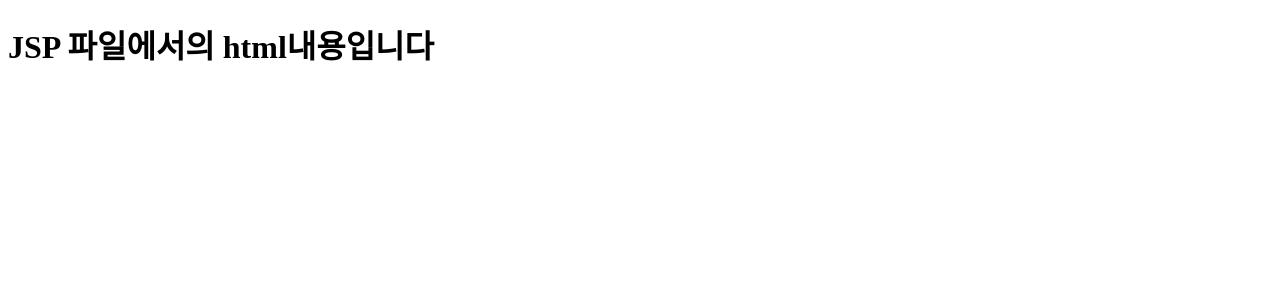
Repository: hj-Seong/Green-Tomcat
Page: http://localhost/Welcome/testpage.jsp
The author's editor kept a copy of each file at every save. The page is drawn from the files as they stood at one save, then again after the next save.
The browser window is 1280 px wide. The pictures show the whole page.
The page is served by Tomcat 9.

Above is the page before, as saved 2022-11-18 08:19:52.

After the next save:
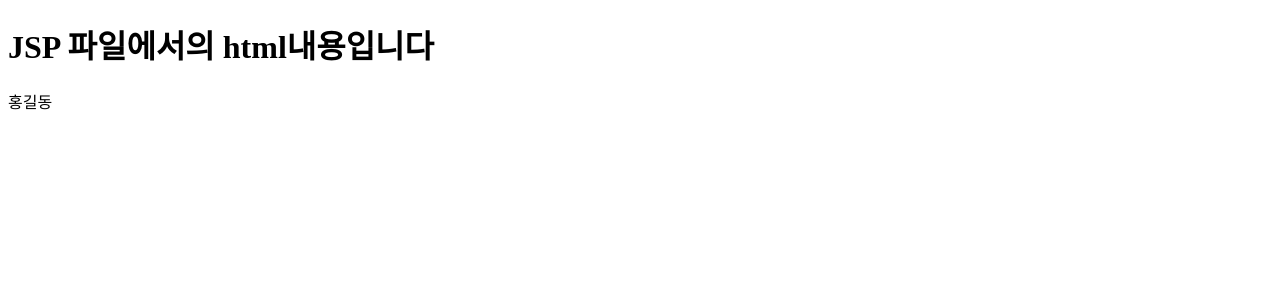
Saved 2 min 43 s later.
--- a/Welcome/src/main/webapp/testpage.jsp
+++ b/Welcome/src/main/webapp/testpage.jsp
@@ -9,5 +9,7 @@
 </head>
 <body>
 	<h1>JSP 파일에서의 html내용입니다</h1>
+	<% String name = "홍길동";  %>
+	<p><%=name%></p>
 </body>
 </html>
